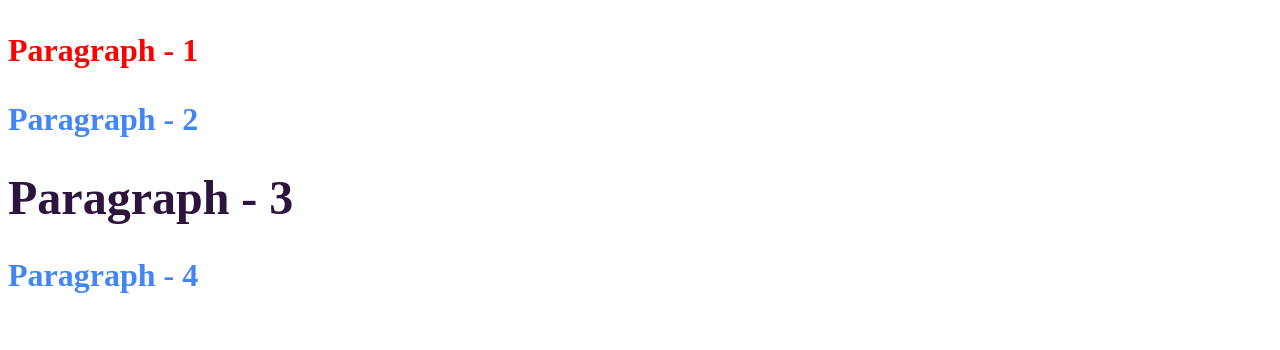
Repository: linas-dev/HTML-CSS-Projects
Page: Basic_HTML_and_JavaScript_1/Basic_HTML_1.html
An editor plug-in stored every save of this project. The page is shown before and after the next save, followed by the edit.
The browser window is 1280 px wide. The pictures show the whole page.

Above is the page before, as saved 2021-05-26 22:21:37.

After the next save:
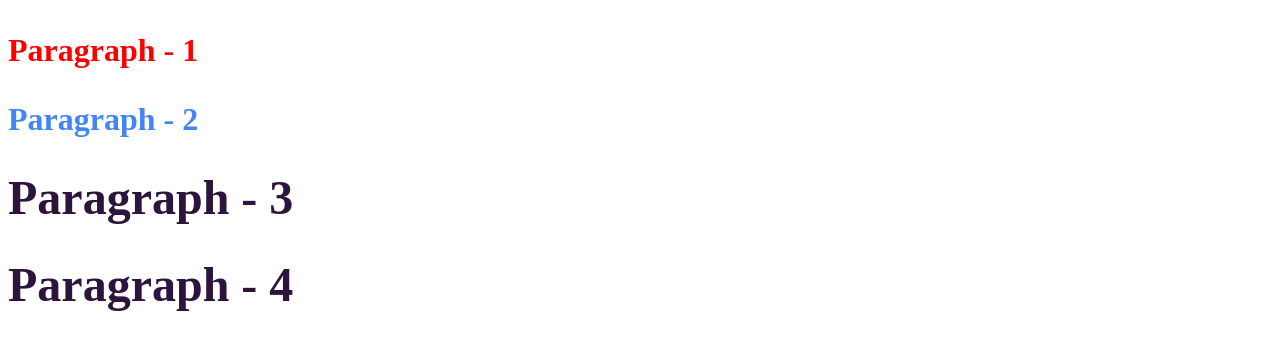
Saved 106 s later.
--- a/Basic_HTML_and_JavaScript_1/Basic_HTML_1.html
+++ b/Basic_HTML_and_JavaScript_1/Basic_HTML_1.html
@@ -10,7 +10,7 @@
     <h1><p><font color="red">Paragraph - 1</font></p></h1>
     <h1><p><font color="#4285F4">Paragraph - 2</font></p></h1>
     <h1><p><font color="#2C143D" face="Pattaya" size="8">Paragraph - 3</font></p></h1>
-    <h1><p><font color="#4285F4">Paragraph - 4</font></p></h1>
+    <h1><p><font color="#2C143D" face="Pattaya" size="8">Paragraph - 4</font></p></h1>
     <script src="Basic_JavaScript_1.js"></script>
 </body>
 </html>
